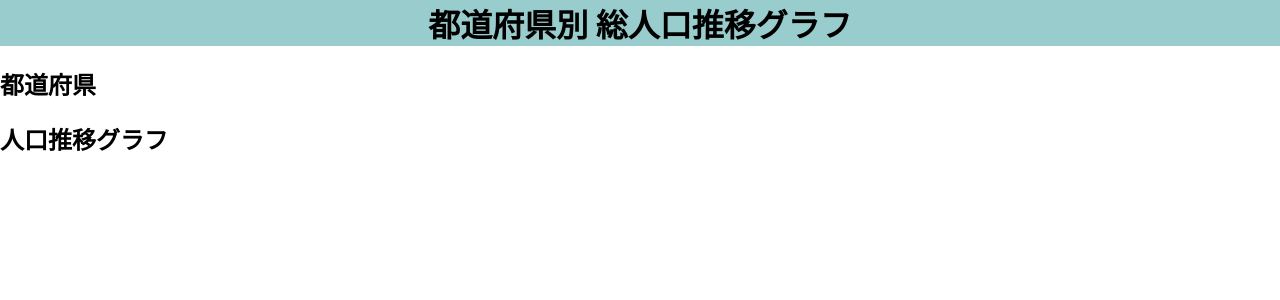
Repository: shisyamoCat/reqriutment-test
Page: /
These files come from the project's save history. The page is drawn as it stood at one moment and after the next save; the edit follows.
The browser window is 1280 px wide. The pictures show the whole page.
The page's requests for data from a server got no answer. The project was rebuilt for these pictures with package versions that can differ from the ones it lists, and the page was loaded fresh each time. No one was signed in, and anything a server would have sent is missing. Also part of the build but not shown: src/components/Pref.jsx.

Above is the page before, as saved 2022-07-07 10:21:03.

After the next save:
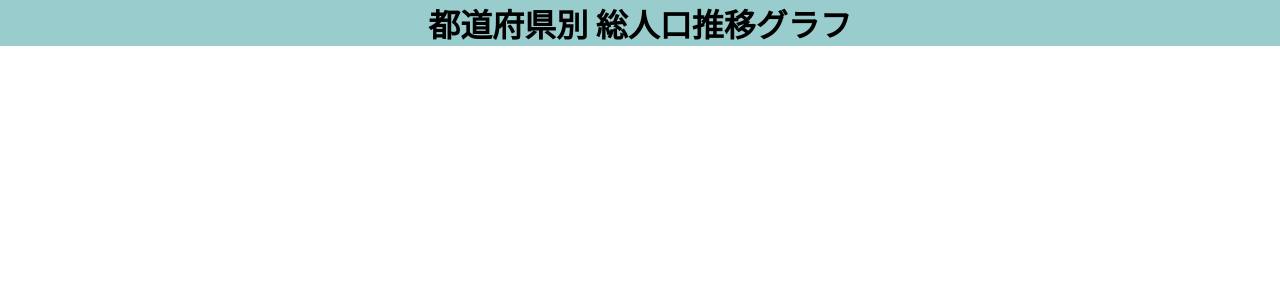
Saved 5 s later.
--- a/src/App.js
+++ b/src/App.js
@@ -64,25 +64,6 @@ export default class App extends React.Component {
                     <h1 className="h1">都道府県別 総⼈⼝推移グラフ</h1>
                 </header>
 
-                <main className='container'>
-                    <h2>都道府県</h2>
-
-                    {/* 都道府県別チェックボックス */}
-                    <div className="pref-grid">
-                        {this.state.pref.map((value,index) =>
-                            <Pref
-                                prefName={value.prefName}
-                                prefId={index}
-                                key={index.toString()}
-                                btnState={this.setState({btnState: false})}
-                                onClick={this.changeButtonState}
-                            />
-                        )}
-                    </div>
-
-                    <h2>人口推移グラフ</h2>
-                    <div id="container"></div>
-                </main>
             </div>
         );
     }
